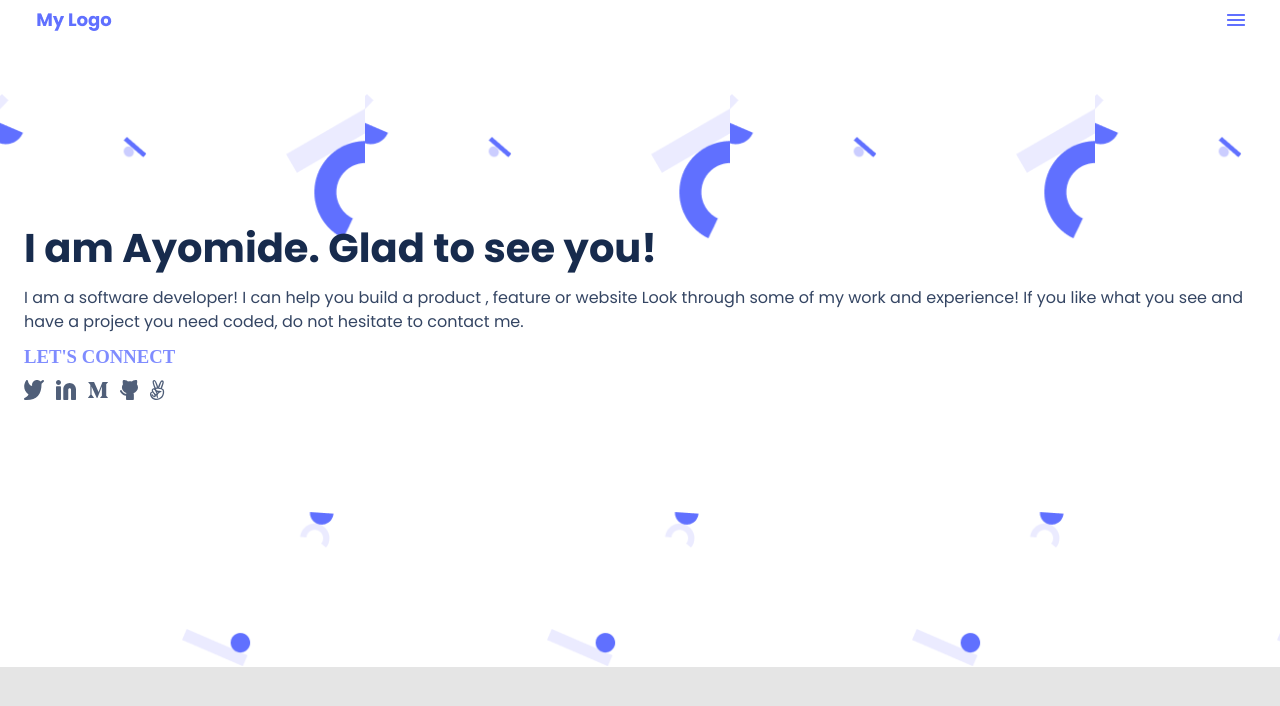
Repository: Paulinelali/potfoilo.github.io
Page: public/index.html
An editor plug-in stored every save of this project. The page is shown before and after a run of saves, followed by the edit.
The browser window is 1280 px wide. The pictures show the whole page.

Above is the page before, as saved 2023-03-31 00:35:26.

### public/index.html
<!DOCTYPE html>
<html lang="en">
<head>
    <meta charset="UTF-8">
    <meta http-equiv="X-UA-Compatible" content="IE=edge">
    <meta name="viewport" content="width=device-width, initial-scale=1.0">
    <link rel="preconnect" href="https://fonts.googleapis.com">
    <link rel="preconnect" href="https://fonts.gstatic.com" crossorigin>
    <link href="https://fonts.googleapis.com/css2?family=Poppins:wght@400;700&display=swap" rel="stylesheet">
    <link rel="stylesheet" href="../styles/style.css">
    <title>Ayomide S.E.P</title>
</head>
<body>
    <header class="header">
        <nav class="nav pad-aside">
            <a href="#">
                <img src="../assets/Logo Placeholder.png" alt="">
            </a>
            <a href="#"><img src="../assets/Normal Button/Tertiary/Enabled.png" alt=""></a>
        </nav>
        <section class="intro">
            <div class="introc-content pad-aside">
                <h1 class="pad-aside">
                    I am Ayomide.
                Glad to see you!
                </h1>
                <p class="pad-aside">
                    I am a software developer! I can help you build a product , feature or website   Look through some of my work and
                    experience! If you like what you see and have a project you need coded,
                    do not hesitate to contact me.
                </p>
                <h3 class="pad-aside">
                    LET'S CONNECT
                </h3>
                <div class="social-icons pad-aside ">
                    <img src="../assets/social icons/Vector.svg" alt="">
                    <img src="../assets/social icons/Linkedin icon.svg" alt="">
                    <img src="../assets/social icons/Vector (1).svg" alt="">
                    <img src="../assets/social icons/Vector (2).svg" alt="">
                    <img src="../assets/social icons/Vector (3).svg" alt="">
                </div>
            </div>
        </section>
    </header>
</body>
</html>

### styles/style.css
*{
  margin: 0px;
  padding: 0px;
}


@import url('https://fonts.googleapis.com/css2?family=Poppins:wght@400;700&display=swap');

body{
  background-color: #E5E5E5;
}

.pad-aside{
  padding: 0px 24px;
}

.header{
  display: flex;
  flex-direction: column;
  gap: 50px;
  /* padding: 24px; */
  background-color: white;
}
.nav{
  display: flex;
  justify-content: space-between;
}

.introc-content{
  display: flex;
  flex-direction: column;
  gap: 12px;
  padding: 128px 0px;
  background-image: url("../assets/header-shapes\ mobile.png");
  background-size: contain;
  backgrounf

}
.introc-content h1{
  font-family: 'Poppins';
  font-style: normal;
  font-weight: 700;
  font-size: 40px;
  line-height: 52px;
  color: #172B4D;

}

.introc-content p{
  font-family: 'Poppins';
  font-style: normal;
  font-weight: 400;
  font-size: 16px;
  line-height: 24px;
  color: #344563;
}
.introc-content h3{
  color: rgba(127, 140, 255, 1);

}

.social-icons{
  display: flex;
  gap: 12px;
  margin-bottom: 139px;
}

After the next 2 saves:
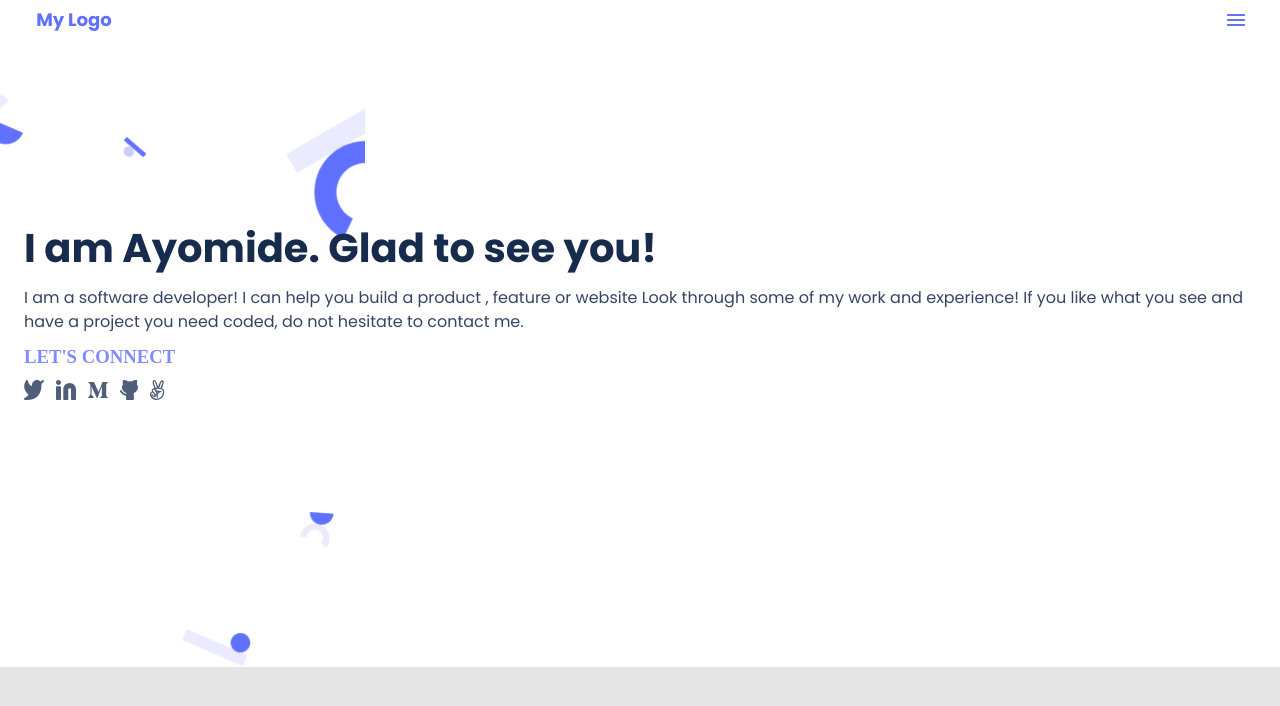
The 2 saves are shown as one change because they came seconds apart.
The last was saved 7 s later.
--- a/styles/style.css
+++ b/styles/style.css
@@ -33,7 +33,7 @@ body{
   padding: 128px 0px;
   background-image: url("../assets/header-shapes\ mobile.png");
   background-size: contain;
-  backgrounf
+  background-repeat: no-repeat;
 
 }
 .introc-content h1{
